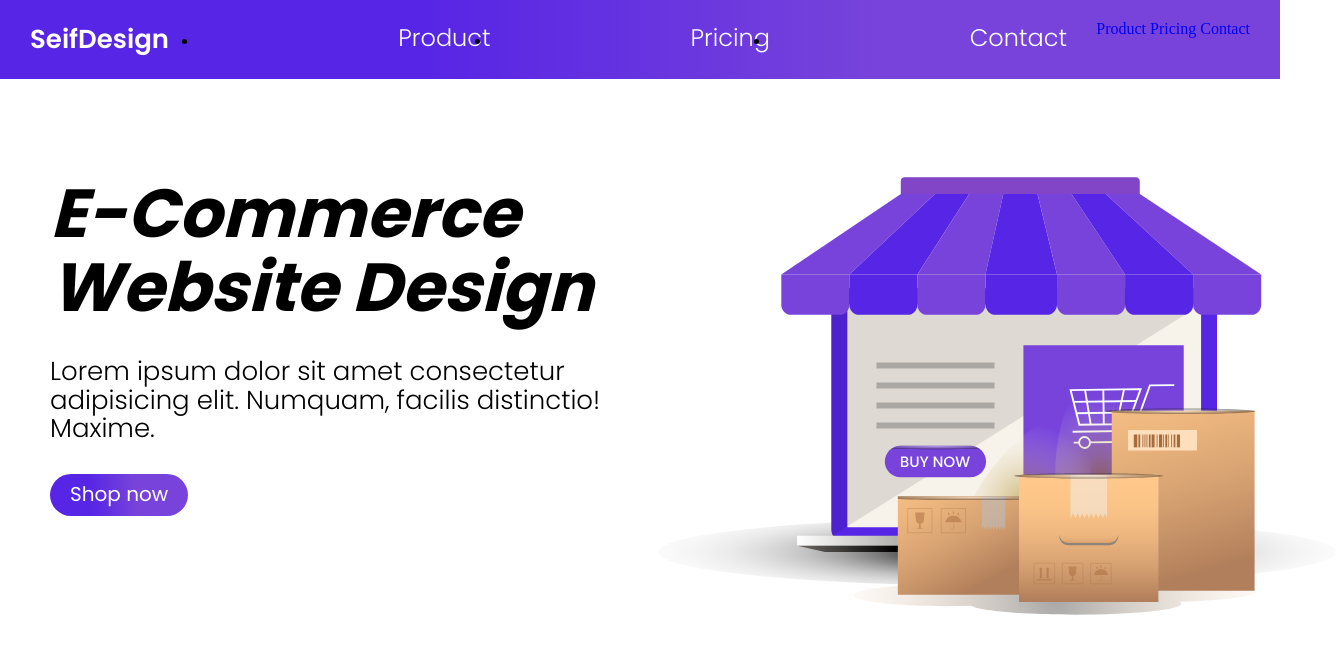
Repository: MehdiKerimov/figma-task-19
Page: pages/homePage/index.html
These files come from the project's save history. The page is drawn as it stood at one moment and after the next save; the edit follows.
The browser window is 1280 px wide. The page is 1336 px wide, so the pictures cover 1336 px, including what lies to the right of the window. The pictures show the whole page.
The style sheet was rebuilt from its Sass, Less or Tailwind sources for each picture, by a compiler version that may differ from the author's.

Above is the page before, as saved 2024-01-20 15:39:01.

### pages/homePage/index.html
<!DOCTYPE html>
<html lang="en">
  <head>
    <meta charset="UTF-8" />
    <meta name="viewport" content="width=device-width, initial-scale=1.0" />
    <title>Document</title>
    <link rel="stylesheet" href="../../assets/css/reset.css" />
    <link rel="stylesheet" href="index.css" />
  </head>
  <body>
    <div class="container">
      <nav>
        <h1>SeifDesign</h1>
        <ul>
          <li>
                    <a href="">Product</a>

          </li>
          <li>
                    <a href="">Pricing</a>

          </li>
          <li>        <a href="">Contact</a>
</li>
        </ul>
        <div class="menu-list">
          <a href="#">Product</a>
          <a href="#">Pricing</a>
          <a href="#">Contact</a>

        </div>
        <button class="open-btn">
          <svg xmlns="http://www.w3.org/2000/svg" width="37" height="38" viewBox="0 0 37 38" fill="none">
            <rect y="9.5" width="37" height="3" rx="1.5" fill="#D9D9D9"/>
            <rect y="17.5" width="37" height="3" rx="1.5" fill="#D9D9D9"/>
            <rect y="25.5" width="37" height="3" rx="1.5" fill="#D9D9D9"/>
          </svg>
        </button>
      </nav>
      <main>
        <div class="left-container">
          <h2>E-Commerce Website Design</h2>
          <p>
            Lorem ipsum dolor sit amet consectetur adipisicing elit. Numquam,
            facilis distinctio! Maxime.
          </p>
          <button><a href="">Shop now</a></button>
        </div>

        <img src="../../assets/images/Group (3).svg" alt="" />
      </main>
    </div>
  </body>
</html>

### assets/css/reset.css
*{
    margin: 0;
    padding: 0;
    box-sizing: border-box;
}

button{
    border: none;
    background: none;
}
a{
    text-decoration: none;
}

### pages/homePage/index.scss
@import url("https://fonts.googleapis.com/css2?family=Poppins:wght@300;400;600;700&display=swap");
.container {
  min-height: 100vh;
  /* padding: 30px 30px 43px 30px; */
  nav {
    padding: 20px 30px;
    display: flex;
    justify-content: space-between;
    background: linear-gradient(270deg, #7743db 31.64%, #5725e5 66.78%);
    h1 {
      color: #fff;
      font-family: Poppins;
      font-size: 26px;
      font-style: normal;
      font-weight: 600;
      line-height: normal;
    }
    ul{
      display: flex;
      @media screen and (max-width:1024px) {
      display: none;;
      }
      a {
        text-decoration: none;
        margin-left: 200px;
        color: #fff;
        text-align: center;
        font-family: Poppins;
        font-size: 24px;
        font-style: normal;
        font-weight: 300;
        line-height: normal;
      }
    }
.open-btn{
display: none;
@media screen and (max-width:1024px) {
display: block;
}
}
  }
  main {
    display: flex;
    padding: 98px 50px 43px 50px;
    @media screen and (max-width:1024px) {
      flex-direction: column-reverse;
    }
    h2 {
      width: 608px;
      font-family: Poppins;
      font-size: 68px;
      font-style: italic;
      font-weight: 700;
      line-height: 109%;
    }
    p {
      margin-top: 32px;
      margin-bottom: 32px;
      width: 608px;
      color: #000;
      font-family: Poppins;
      font-size: 26px;
      font-style: normal;
      font-weight: 300;
      line-height: 109%;
    }
    button {
      padding: 10px 20px;
      border-radius: 25px;
      background: linear-gradient(263deg, #7743db 38.81%, #5725e5 70.24%);
      a {
        color: #fff;
        font-family: Poppins;
        font-size: 20px;
        font-style: normal;
        font-weight: 400;
        line-height: 109%;
      }
    }
  }
}

After the next save:
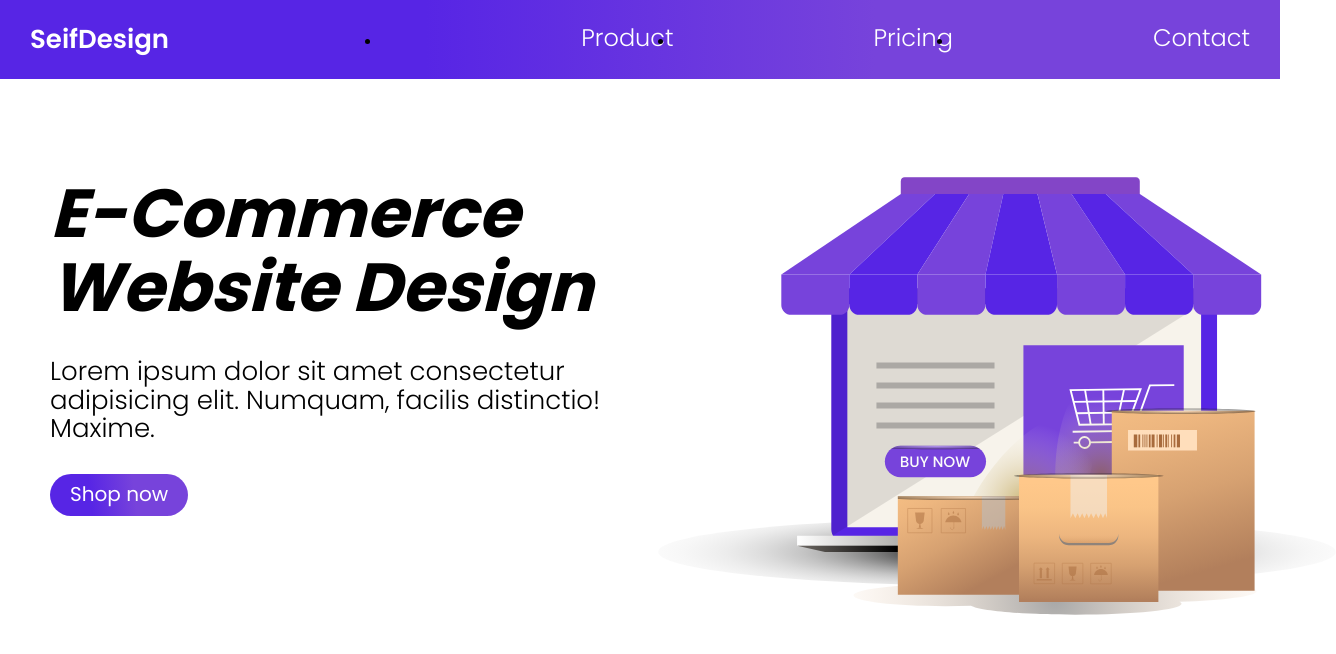
Saved 18 s later.
--- a/pages/homePage/index.html
+++ b/pages/homePage/index.html
@@ -23,12 +23,7 @@
           <li>        <a href="">Contact</a>
 </li>
         </ul>
-        <div class="menu-list">
-          <a href="#">Product</a>
-          <a href="#">Pricing</a>
-          <a href="#">Contact</a>
 
-        </div>
         <button class="open-btn">
           <svg xmlns="http://www.w3.org/2000/svg" width="37" height="38" viewBox="0 0 37 38" fill="none">
             <rect y="9.5" width="37" height="3" rx="1.5" fill="#D9D9D9"/>
